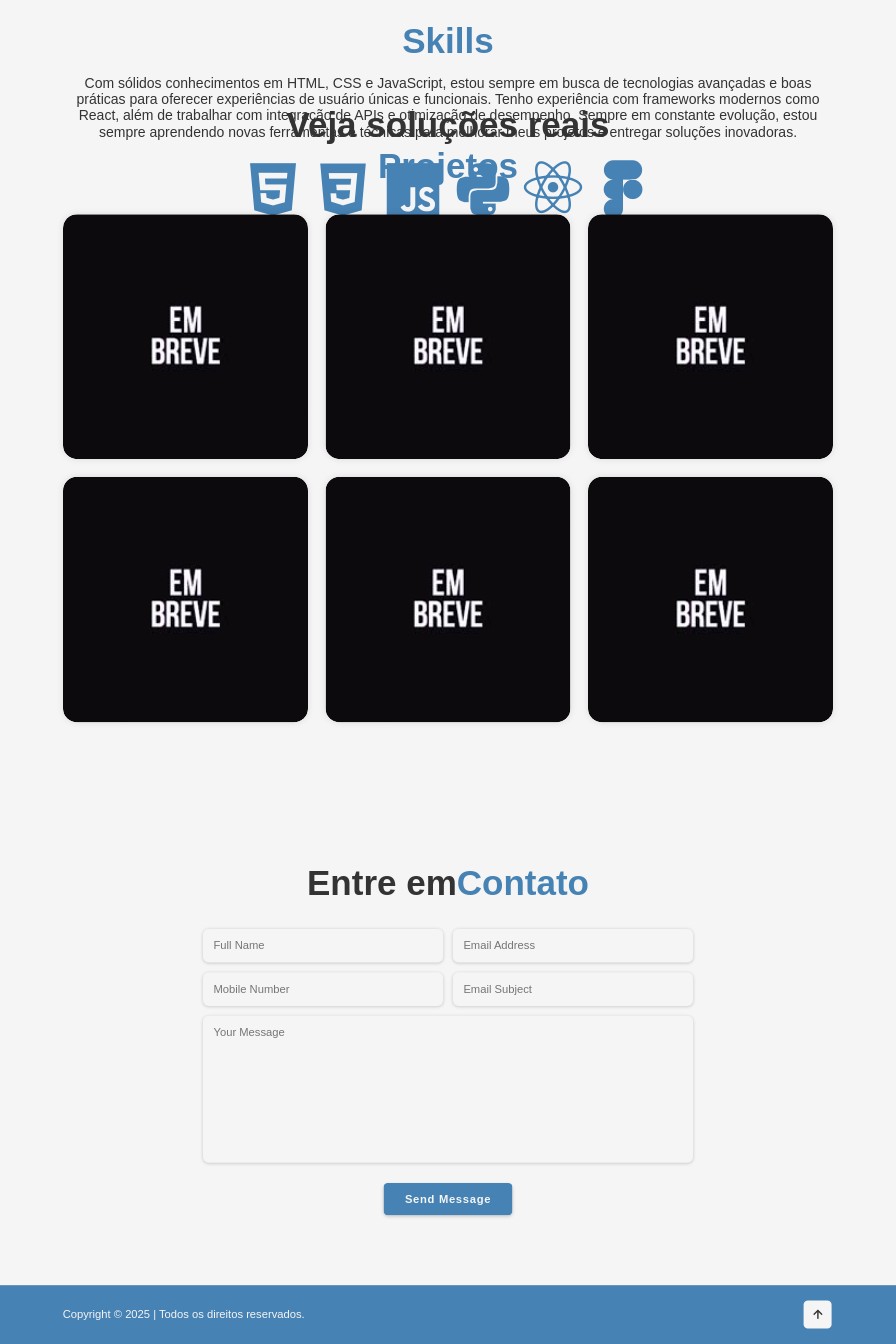
Repository: AliciaKathleen/portfolio-2025
Page: index.html
These files come from the project's save history. The page is drawn as it stood at one moment and after the next save; the edit follows.
The browser window is 1280 px wide. The pictures show the part of the page from y = 2280 to 4200 px (the page is 4200 px tall), at 70% of full size.

Above is the page before, as saved 2025-01-27 18:07:39.
Console error: TypeError: Cannot read properties of null (reading 'classList')

### index.html
<!DOCTYPE html>
<html lang="en">
<head>
    <meta charset="UTF-8">
    <meta http-equiv="X-UA-Compatible" content="IE=edge">
    <meta name="viewport" content="width=device-width, initial-scale=1.0">
    <link rel="stylesheet" href="https://cdn.jsdelivr.net/npm/swiper@9/swiper-bundle.min.css" />
    <link href='https://unpkg.com/boxicons@2.1.4/css/boxicons.min.css' rel='stylesheet'>
    <link rel="stylesheet" href="style.css">
    <title>Alícia Kathleen</title>
</head>
<body>
    <header class="header">
        <a href="#" class="logo">Alícia Kathleen</a>

        <nav class="navbar">
            <a href="#home" class="active">Home</a>
            <a href="#about">Sobre</a>
            <a href="#services">Serviços</a>
            <a href="#portfolio">Projetos</a>
            <a href="#contact">Contato</a>
        </nav>

        <div class="bx bx-moon" id="darkMode-icon"></div>
        <div class="bx bx-menu" id="menu-icon"></div>
    </header>

    <section class="home" id="home">
        <div class="home-content">
            <h3>Olá, eu sou</h3>
            <h1>Alícia Kathleen</h1>
            <p>
                Sou uma desenvolvedora Front-End apaixonada por criar interfaces modernas e funcionais, unindo criatividade e tecnologia para proporcionar experiências digitais únicas. Com uma trajetória inicial no design gráfico, utilizo meu olhar apurado para detalhes e usabilidade para transformar ideias em projetos visuais impactantes. Estou sempre buscando aprender e crescer com novos desafios.
            </p>
            <div class="social-media">
                <a href="#"><i class='bx bxl-linkedin'></i></a>
                <a href="#"><i class='bx bxl-github'></i></a>
            </div>

            <a href="#" class="btn">CURRÍCULO</a>
        </div>

        <div class="profession-container">
            <div class="profession-box">
            </div>
            <div class="overlay"></div>
        </div>

        <div class="home-img">
            <img src="" alt="">
        </div>
    </section>

    <section class="about" id="about">
        <div class="about-img">
            <img src="images/portfolio.jpg" alt="">
        </div>

        <div class="about-content">
            <h2 class="heading">Sobre <span>Mim</span></h2>
            <h3>
                Olá! Seja bem-vindo(a) ao meu portfólio! Sou uma desenvolvedora Front-End apaixonada por criar soluções digitais modernas e funcionais. Amo aprender novas tecnologias, resolver problemas com código e transformar ideias em projetos reais.
            </h3>
            <p>
                Aqui você vai encontrar alguns dos meus trabalhos, além de conhecer um pouco mais sobre minha trajetória no desenvolvimento web. Estou sempre em busca de novos desafios e oportunidades para crescer e evoluir como profissional.
            </p>
            <p>
                Sinta-se à vontade para explorar meu portfólio!
            </p>
        </div>
    </section>

    <section class="services" id="services">
        <h2 class="heading">Explore Meus <span>Trabalhos</span></h2>
        <div class="services-container">
            <div class="services-box">
                <i class='bx bx-code-alt'></i>
                <h3>Soluções Web Modernas</h3>
                <p>Criação de sites únicos e otimizados, que unem design moderno e funcionalidade para atender às suas necessidades e destacar sua marca na web.</p>
            </div>
            <div class="services-box">
                <i class='bx bxs-paint'></i>
                <h3>Design Responsivo</h3>
                <p>Desenvolvo sites que se adaptam perfeitamente a qualquer dispositivo, garantindo acessibilidade e uma navegação fluida para todos os usuários.</p>
            </div>
            <div class="services-box">
                <i class='bx bx-brain'></i>
                <h3>Integração de Apis</h3>
                <p>Integração de APIs para adicionar funcionalidades avançadas ao seu site ou aplicativo, conectando-o a serviços externos de maneira eficiente e sem fricções.</p>
            </div>
            <div class="services-box">
                <i class='bx bx-support'></i>
                <h3>Suporte</h3>
                <p>Ofereço suporte técnico para garantir que seu site esteja sempre atualizado, funcionando perfeitamente e alinhado às suas necessidades.</p>
            </div>
            <div class="services-box">
                <i class='bx bx-objects-vertical-bottom'></i>
                <h3>Estratégias de SEO</h3>
                <p>Técnicas de SEO personalizadas para aumentar a visibilidade do site e atrair mais tráfego qualificado.</p>
            </div>
            <div class="services-box">
                <i class='bx bx-bar-chart-alt'></i>
                <h3>Projetos Escaláveis</h3>
                <p>Desenvolvo soluções web com foco na escalabilidade, garantindo que seu site cresça de acordo com a evolução do seu negócio.

                </p>
            </div>
        </div>
    </section>

    <section class="resume-detail skills" id="skills">
        <h2 class="heading"><span>Skills</span></h2>
        <div class="resume-list">
            <div class="skills-container">
                <p>
                    Com sólidos conhecimentos em HTML, CSS e JavaScript, estou sempre em busca de tecnologias avançadas e boas práticas para oferecer experiências de usuário únicas e funcionais. Tenho experiência com frameworks modernos como React, além de trabalhar com integração de APIs e otimização de desempenho. Sempre em constante evolução, estou sempre aprendendo novas ferramentas e técnicas para melhorar meus projetos e entregar soluções inovadoras.
                </p>
                <div class="resume-items">
                    <div class="resume-item">
                        <i class='bx bxl-html5'></i>
                        <span>HTML</span>
                    </div>
                    <div class="resume-item">
                        <i class='bx bxl-css3'></i>
                        <span>CSS3</span>
                    </div>
                    <div class="resume-item">
                        <i class='bx bxl-javascript'></i>
                        <span>JavaScript</span>
                    </div>
                    <div class="resume-item">
                        <i class='bx bxl-python'></i>
                        <span>Python</span>
                    </div>
                    <div class="resume-item">
                        <i class='bx bxl-react'></i>
                        <span>ReactJS</span>
                    </div>
                    <div class="resume-item">
                        <i class='bx bxl-figma'></i>
                        <span>Figma</span>
                    </div>
                </div>
            </div>
        </div>
    </section>

    <section class="portfolio" id="portfolio">
        <h2 class="heading">Veja soluções reais <br> <span>Projetos</span></h2>

        <div class="portfolio-container">
            <div class="portfolio-box">
                <img src="images/portfolio.jpg" alt="">

                <div class="portfolio-layer">
                    <h4>Web Design</h4>
                    <p>Lorem ipsum dolor sit amet consectetur adipisicing elit. Similique, ipsam est.</p>
                    <a href="#"><i class='bx bx-link-external'></i></a>
                </div>
            </div>
            <div class="portfolio-box">
                <img src="images/portfolio.jpg" alt="">

                <div class="portfolio-layer">
                    <h4>Projeto em construção</h4>
                    <p>Em breve...</p>
                    <a href="#"><i class='bx bx-link-external'></i></a>
                </div>
            </div>
            <div class="portfolio-box">
                <img src="images/portfolio.jpg" alt="">

                <div class="portfolio-layer">
                    <h4>Projeto em construção</h4>
                    <p>Em breve...</p>
                    <a href="#"><i class='bx bx-link-external'></i></a>
                </div>
            </div>
            <div class="portfolio-box">
                <img src="images/portfolio.jpg" alt="">

                <div class="portfolio-layer">
                    <h4>Projeto em construção</h4>
                    <p>Em breve...</p>
                    <a href="#"><i class='bx bx-link-external'></i></a>
                </div>
            </div>
            <div class="portfolio-box">
                <img src="images/portfolio.jpg" alt="">

                <div class="portfolio-layer">
                    <h4>Projeto em construção</h4>
                    <p>Em breve...</p>
                    <a href="#"><i class='bx bx-link-external'></i></a>
                </div>
            </div>
            <div class="portfolio-box">
                <img src="images/portfolio.jpg" alt="">

                <div class="portfolio-layer">
                    <h4>Projeto em construção</h4>
                    <p>Em breve...</p>
                    <a href="#"><i class='bx bx-link-external'></i></a>
                </div>
            </div>
        </div>
    </section>

    <section class="contact" id="contact">
        <h2 class="heading">Entre em<span>Contato</span></h2>

        <form action="#">
            <div class="input-box">
                <input type="text" placeholder="Full Name">
                <input type="email" placeholder="Email Address">
            </div>
            <div class="input-box">
                <input type="number" placeholder="Mobile Number">
                <input type="text" placeholder="Email Subject">
            </div>
            <textarea name="" id="" cols="30" rows="10" placeholder="Your Message"></textarea>
            <input type="submit" value="Send Message" class="btn">
        </form>
    </section>

    <footer class="footer">
        <div class="footer-text">
            <p>Copyright &copy; 2025 | Todos os direitos reservados.</p>
        </div>

        <div class="footer-iconTop">
            <a href="#home"><i class='bx bx-up-arrow-alt'></i></a>
        </div>
    </footer>

    <script src="https://unpkg.com/scrollreveal"></script>
    <script src="https://cdn.jsdelivr.net/npm/swiper@9/swiper-bundle.min.js"></script>
    <script src="script.js"></script>
</body>
</html>

Loaded but not shown: script.js (67 lines, source omitted); style.css (899 lines, source omitted)

After the next save:
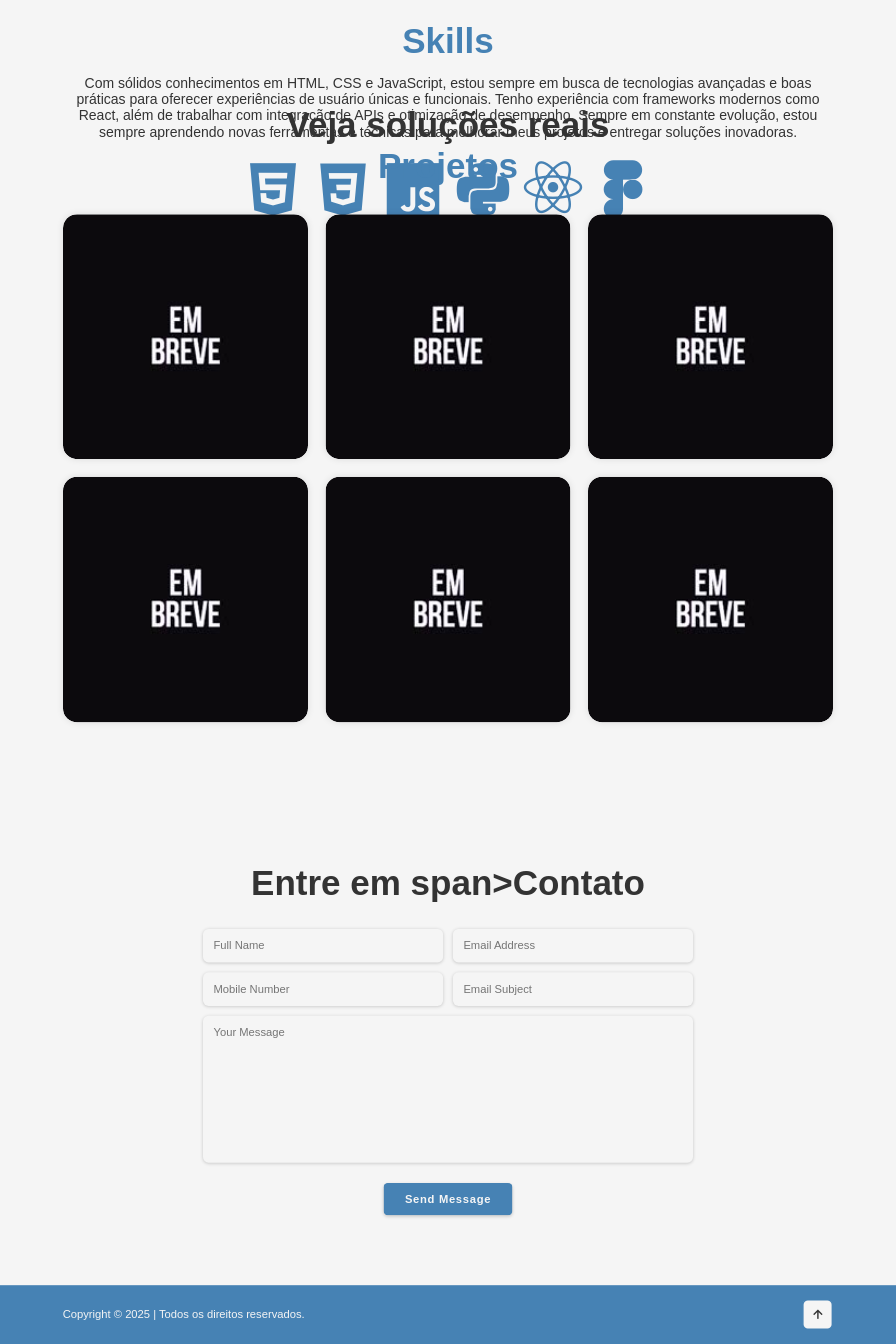
Saved 24 s later.
--- a/index.html
+++ b/index.html
@@ -207,7 +207,7 @@
     </section>
 
     <section class="contact" id="contact">
-        <h2 class="heading">Entre em<span>Contato</span></h2>
+        <h2 class="heading">Entre em span>Contato</span></h2>
 
         <form action="#">
             <div class="input-box">
